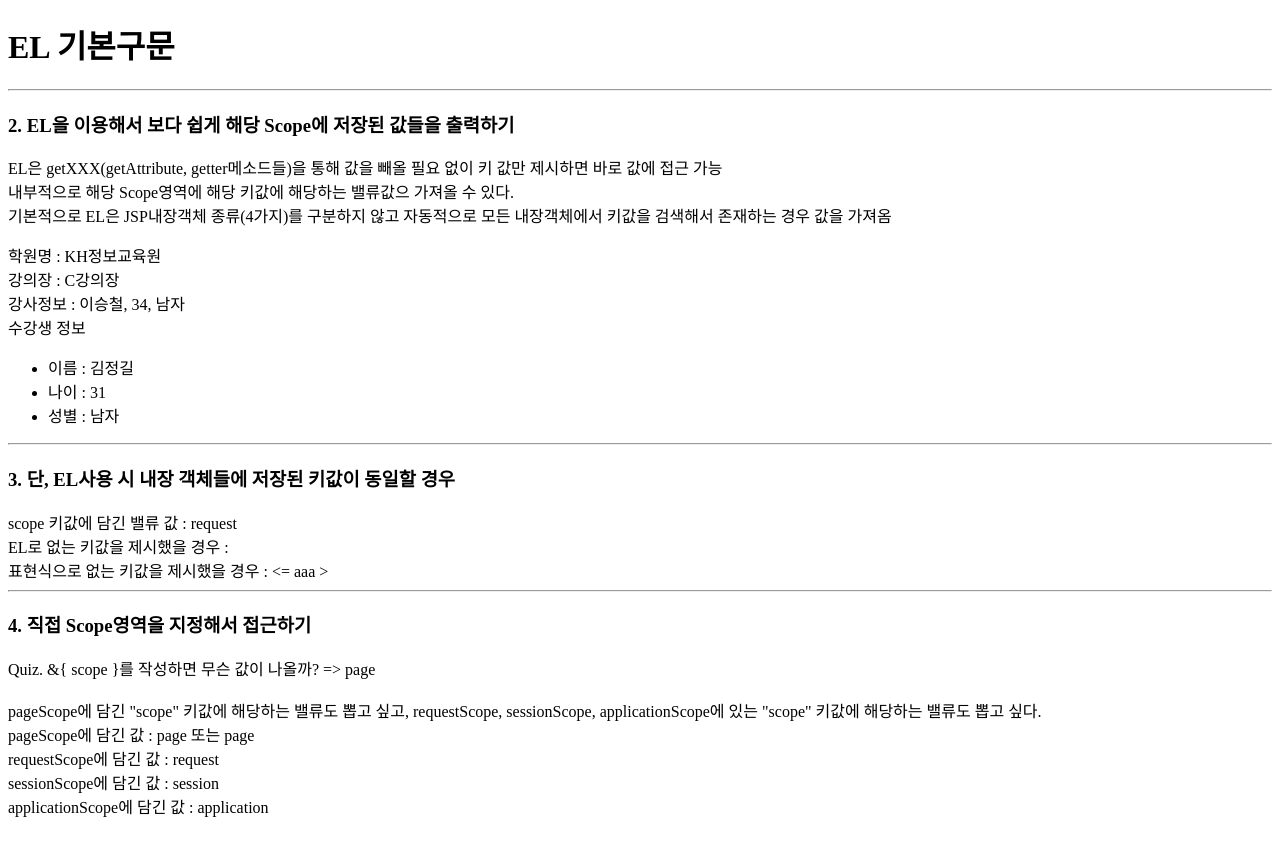
Repository: DonghwanSon1/ajax-jsp-study
Page: http://localhost/ActionProject/el.do
An editor plug-in stored every save of this project. The page is shown before and after the next save, followed by the edit.
The browser window is 1280 px wide. The pictures show the whole page.
The page is served by Tomcat 9.

Above is the page before, as saved 2022-07-12 01:46:08.

### ActionProject/WebContent/views/1_EL/01_el.jsp
<%@ page language="java" contentType="text/html; charset=UTF-8"
    pageEncoding="UTF-8"%>
<%@ page import="com.kh.model.vo.Person" %>
<!DOCTYPE html>
<html>
<head>
<meta charset="UTF-8">
<title>el페이지</title>
</head>
<body>

	<h1>EL 기본구문</h1>
	<%--
	<h3>1. 기존 방식대로 스크립틀릿과 표현식을 이용해서 각 영역에 담겨있는 값 뽑아서 화면에 출력</h3>

	<%
		// requestScope에 담긴 값 뽑기 => classRoom, student
		String classRoom = (String)request.getAttribute("classRoom");
		Person student = (Person)request.getAttribute("student");

		// sessionScope에 담긴 값 뽑기 => academy, teacher
		String academy = (String)session.getAttribute("academy");
		Person teacher = (Person)session.getAttribute("teacher");

	%>


	<p>
		학원명 : <%= academy %> <br>
		강의장 : <%= classRoom	 %> <br>
		강사정보 : <%= teacher.getName() %>, <%= teacher.getAge() %>, <%= teacher.getGender() %> <br>

		수강생 정보 <br>
		<ul>
			<li>이름 : <%= student.getName() %></li>
			<li>나이 : <%= student.getAge() %></li>
			<li>성별 : <%= student.getGender() %></li>
		</ul>
	</p>
	--%>

	<hr>

	<h3>2. EL을 이용해서 보다 쉽게 해당 Scope에 저장된 값들을 출력하기</h3>

	<p>
		EL은 getXXX(getAttribute, getter메소드들)을 통해 값을 빼올 필요 없이 키 값만 제시하면 바로 값에 접근 가능 <br>
		내부적으로 해당 Scope영역에 해당 키값에 해당하는 밸류값으 가져올 수 있다.<br>
		기본적으로 EL은 JSP내장객체 종류(4가지)를 구분하지 않고 자동적으로 모든 내장객체에서 키값을 검색해서 존재하는 경우 값을 가져옴
	</p>

	<p>
		학원명 : ${ academy } <br>
		강의장 : ${ classRoom } <br>
		강사정보 : ${ teacher.name }, ${ teacher.age }, ${ teacher.gender } <br>

		수강생 정보
		<ul>
			<li>이름 : ${ student.name }</li>
			<li>나이 : ${ student.age }</li>
			<li>성별 : ${ student.gender }</li>
		</ul>

		<!--
			필드값에 직접접근한걸까??
			teacher에 접근했을 때 벨류값을 Person타입 객체이다.
			해당 Person객체에 각 필드에 담긴 값을 출력하고자 한다면 키값.필드명으로 접근하면됌
			내부적으로 getter메서드를 찾아서 호출이 되서 값을 가져오는 구조
			=> 항상 명심해야할 사항 : getter메서드를 항상 만들어줘야함
		-->
	</p>
	<hr>

	<h3>3. 단, EL사용 시 내장 객체들에 저장된 키값이 동일할 경우 </h3>
	scope 키값에 담긴 밸류 값 : ${ scope } <br> <!-- request라고 찍힘 -->

	<!--
		EL은 공유범위가 가장 작은  Scope에서부터 해당 키값을 검색함
		page => request => session => application 순으로 키값을 찾음

		만약에 모든 영역에서 해당 키에 대한 값을 못찾았을 경우 ??
		=> 아무것도 출력 안됌 (오류 안남)
	 -->

	EL로 없는 키값을 제시했을 경우 : ${ aaa } <br>
	표현식으로 없는 키값을 제시했을 경우 : &lt;= aaa &gt; <br> <!-- 500 에러 발생 -->

	<hr>

	<h3>4. 직접 Scope영역을 지정해서 접근하기</h3>

	<%
		// pageScope에 담기
		pageContext.setAttribute("scope", "page");
	%>

	Quiz. &{ scope }를 작성하면 무슨 값이 나올까? => page <br><br>

	pageScope에 담긴 "scope" 키값에 해당하는 밸류도 뽑고 싶고,
	requestScope, sessionScope, applicationScope에 있는 "scope" 키값에 해당하는 밸류도 뽑고 싶다. <br>

	pageScope에 담긴 값 : ${ scope } 또는 ${ pageScope.scope } <br>
	requestScope에 담긴 값 : ${ requestScope.scope } <br>
	sessionScope에 담긴 값 : ${ sessionScope.scope } <br>
	applicationScope에 담긴 값 : ${ applicationScope.scope } <br><br>







</body>
</html>

### ActionProject/src/com/kh/controller/ELServlet.java
package com.kh.controller;

import java.io.IOException;

import javax.servlet.RequestDispatcher;
import javax.servlet.ServletContext;
import javax.servlet.ServletException;
import javax.servlet.annotation.WebServlet;
import javax.servlet.http.HttpServlet;
import javax.servlet.http.HttpServletRequest;
import javax.servlet.http.HttpServletResponse;
import javax.servlet.http.HttpSession;

import com.kh.model.vo.Person;

/**
 * Servlet implementation class ELServlet
 */
@WebServlet("/el.do")
public class ELServlet extends HttpServlet {
	private static final long serialVersionUID = 1L;

    /**
     * @see HttpServlet#HttpServlet()
     */
    public ELServlet() {
        super();
        // TODO Auto-generated constructor stub
    }

	/**
	 * @see HttpServlet#doGet(HttpServletRequest request, HttpServletResponse response)
	 */
	protected void doGet(HttpServletRequest request, HttpServletResponse response) throws ServletException, IOException {

		// 그동안 수하물을 담을 때 request, session, application, page에 담았음
		// JSP내장객체(== Scope 내장객체)
		/*
		 * 데이터들을 담을 수 있는 JSP 내장객체 종류 4가지
		 *
		 * 1. ServletContext(application scope)
		 * 한 어플리케이션(웹사이트)당 단 1개 존재하는 객체
		 * 이 영역에 데이터를 담으면 어플리케이션 전역에서 사용 가능
		 * => 공유 범위가 가장 크다.
		 *
		 * 2. HttpSession (session scope)
		 * 한 브라우저당 1개 존재하는 객체
		 * 이 영역에 데이터를 담으면 jsp/servlet단에서 사용 가능
		 * 값이 한번 담기면 서버가 멈추거나, 브라우저가 닫히기 전까지 사용 가능 (로그인 기능)
		 * => 공유범위가 다소 제한적
		 *
		 * 3. HttpServletRequest(request scope)
		 * 요청 및 응답 시 매번 생성되는 객체
		 * 이 영역에 데이터를 담으면 해당 request객체를
		 * 포워딩 받는 응답 jsp에서만 사용 가능
		 * => 공유범위가 해당 요청에 대한 응답 jsp 단 하나뿐(1회성)
		 *
		 * 4. PageContext(page scope)
		 * 현재 그 jsp페이지에서만 사용 가능
		 * => 공유범위가 가장 작음
		 *
		 *
		 * => 위에 객체들에 값을 담을 때는 -> .setAttribute("키","벨류");
		 * 				값을 뽑을 때는 -> .getAttribute("키"); (Object타입으로)
		 * 			      지우고자 할때는 -> .removeAttribute("키");
		 *
		 *
		 */

		// requestScope에 담기
		request.setAttribute("classRoom", "C강의장");
		request.setAttribute("student", new Person("김정길", 31, "남자"));

		// sessionScope에 담기
		HttpSession session = request.getSession();
		session.setAttribute("academy", "KH정보교육원");
		session.setAttribute("teacher", new Person("이승철", 34, "남자"));

		// 항상 키값은 중복X (덮어씌워졌었음)
		// 테스트 : requestScope와 sessionScope에 동일한 키값으로 데이터 담으면??
		request.setAttribute("scope", "request");
		session.setAttribute("scope", "session");

		// applicationScope에 담기
		ServletContext application = request.getSession().getServletContext();
		application.setAttribute("scope", "application");

		// 수하물 다 붙였으면 응답 뷰 지정
		// => 포워딩(파일 경로 제시할 때), 리다이렉션(contextPath로 부터 시작하는 찐 url방식을 요청 보낼 경우)
		RequestDispatcher view = request.getRequestDispatcher("views/1_EL/01_el.jsp");
		view.forward(request, response);














	}

	/**
	 * @see HttpServlet#doPost(HttpServletRequest request, HttpServletResponse response)
	 */
	protected void doPost(HttpServletRequest request, HttpServletResponse response) throws ServletException, IOException {
		// TODO Auto-generated method stub
		doGet(request, response);
	}

}

### ActionProject/src/com/kh/model/vo/Person.java
package com.kh.model.vo;

public class Person {

	private String name;
	private int age;
	private String gender;

	public Person() {}

	public Person(String name, int age, String gender) {
		super();
		this.name = name;
		this.age = age;
		this.gender = gender;
	}

	public String getName() {
		return name;
	}

	public void setName(String name) {
		this.name = name;
	}

	public int getAge() {
		return age;
	}

	public void setAge(int age) {
		this.age = age;
	}

	public String getGender() {
		return gender;
	}

	public void setGender(String gender) {
		this.gender = gender;
	}

	@Override
	public String toString() {
		return "Person [name=" + name + ", age=" + age + ", gender=" + gender + "]";
	}



}

After the next save:
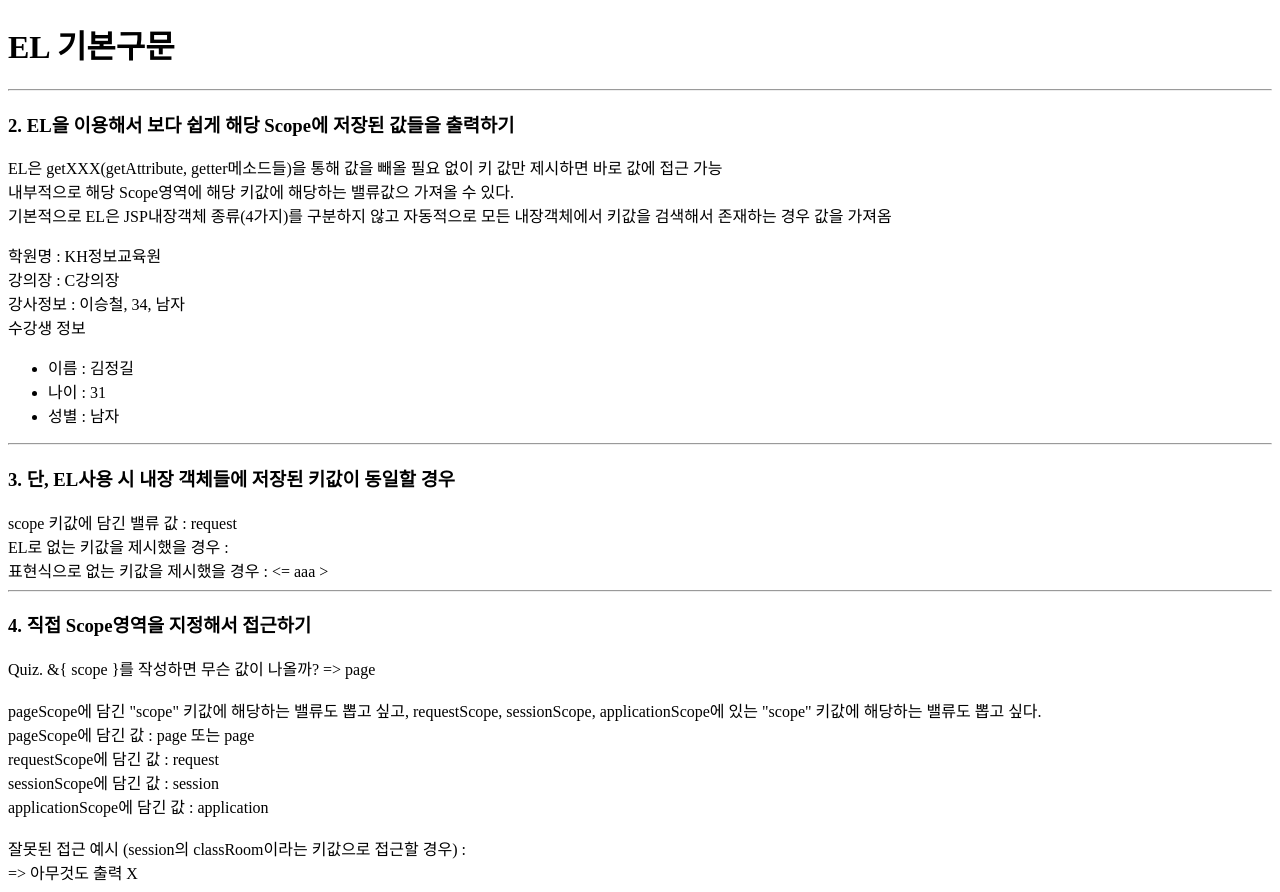
Saved 17 min 29 s later.
--- a/ActionProject/WebContent/views/1_EL/01_el.jsp
+++ b/ActionProject/WebContent/views/1_EL/01_el.jsp
@@ -104,6 +104,8 @@
 	sessionScope에 담긴 값 : ${ sessionScope.scope } <br>
 	applicationScope에 담긴 값 : ${ applicationScope.scope } <br><br>
 
+	잘못된 접근 예시 (session의 classRoom이라는 키값으로 접근할 경우) : ${ sessionScope.classRoom } <br>
+	=> 아무것도 출력 X
 
 
 
